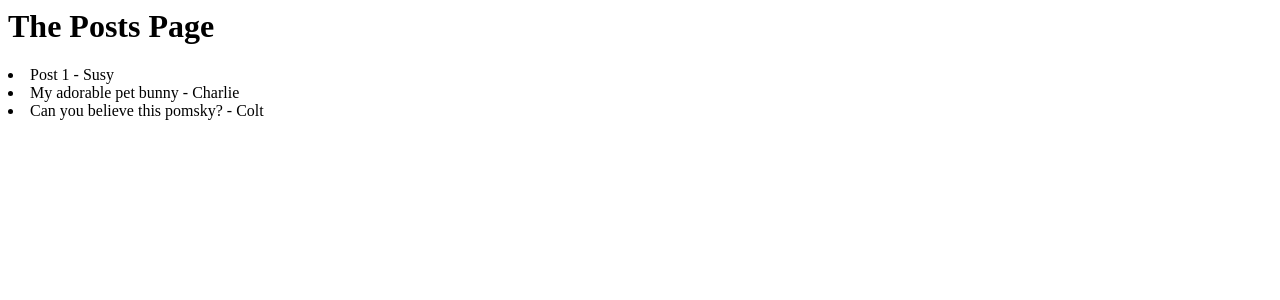
Repository: ricky-026/webdevbootcamp
Page: http://localhost/posts
The author's editor kept a record of every edit. The page is drawn from the files as they stood at one moment, then again after the next edit.
The browser window is 1280 px wide. The pictures show the whole page.
The page is served by the project's Node server (MoreExpress/EJSDemo/app.js).

Above is the page before.

After the next edit:
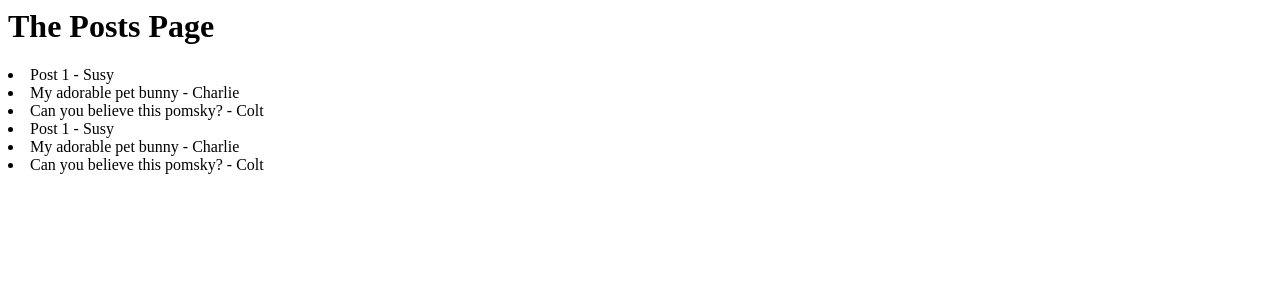
The edit:
--- a/MoreExpress/EJSDemo/views/posts.ejs
+++ b/MoreExpress/EJSDemo/views/posts.ejs
@@ -13,5 +13,5 @@
 
 <% posts.forEach(function (post){ %>
 
-
-<%}); %>
+    <li><%= post.title %> - <%= post.author%> </li>
+<% }); %>
